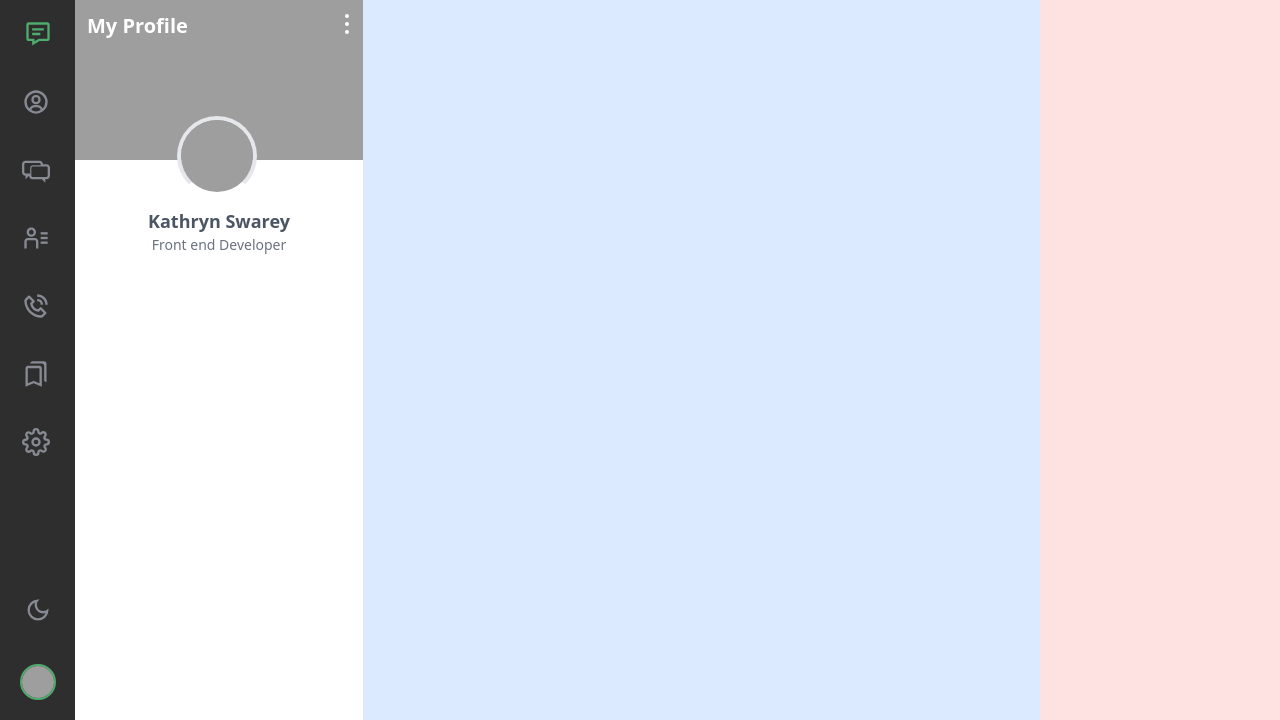
Repository: satya-ranjon/Chat-app
Page: /
These files come from the project's save history. The page is drawn as it stood at one moment and after the next save; the edit follows.
The browser window is 1280 px wide. The pictures show the whole page.
Pictures or frames that could not be fetched are drawn as grey boxes. The project was rebuilt for these pictures with package versions that can differ from the ones it lists, and the page was loaded fresh each time.

Above is the page before, as saved 2022-03-31 03:59:17.

After the next save:
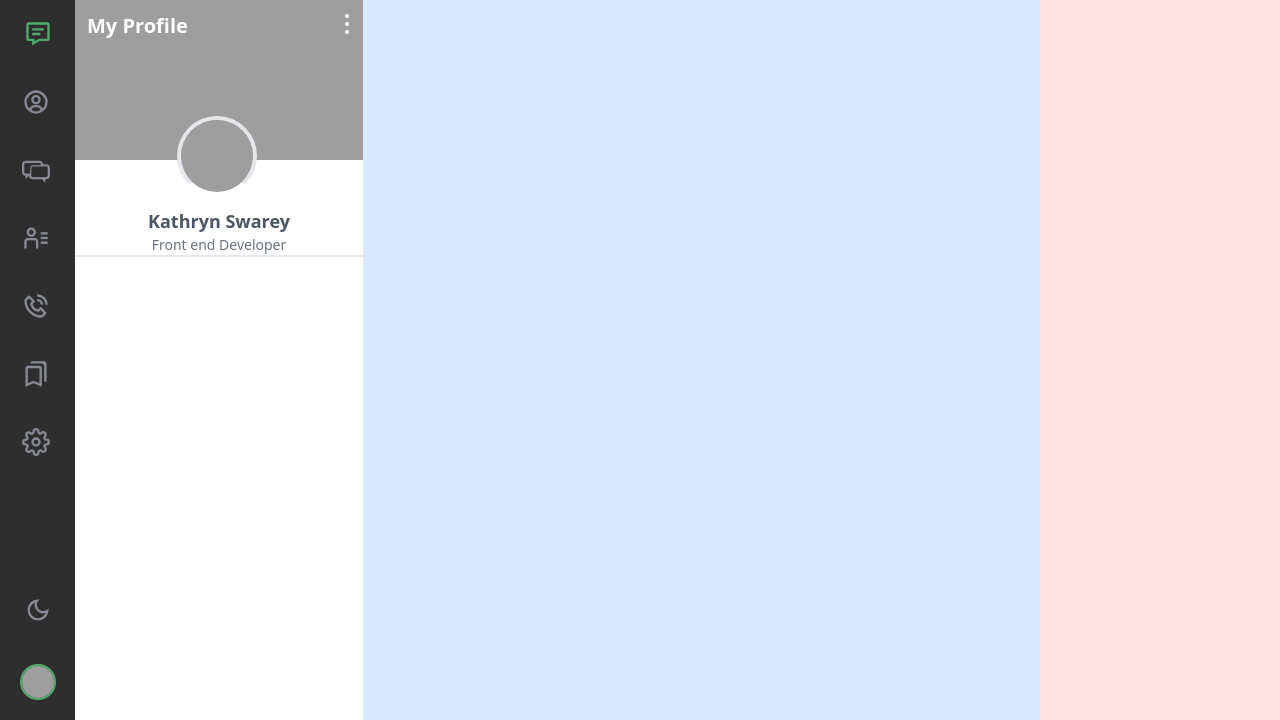
Saved 38 s later.
--- a/src/components/MyProfile/MyProfile.jsx
+++ b/src/components/MyProfile/MyProfile.jsx
@@ -6,7 +6,7 @@ const Image =
 export default function MyProfile() {
   return (
     <div className="sm:w-72 h-screen w-40 ">
-      <div className="">
+      <div className="border-b-2">
         <div className="relative mb-12">
           <img src={Image} alt={Image} className="w-full h-40" />
           <UserImage className="w-16 h-16 sm:w-20 sm:h-20 rounded-full absolute sm:-bottom-9  -bottom-7 sm:right-[6.6rem]  right-12  border-4 border-b-white" />
